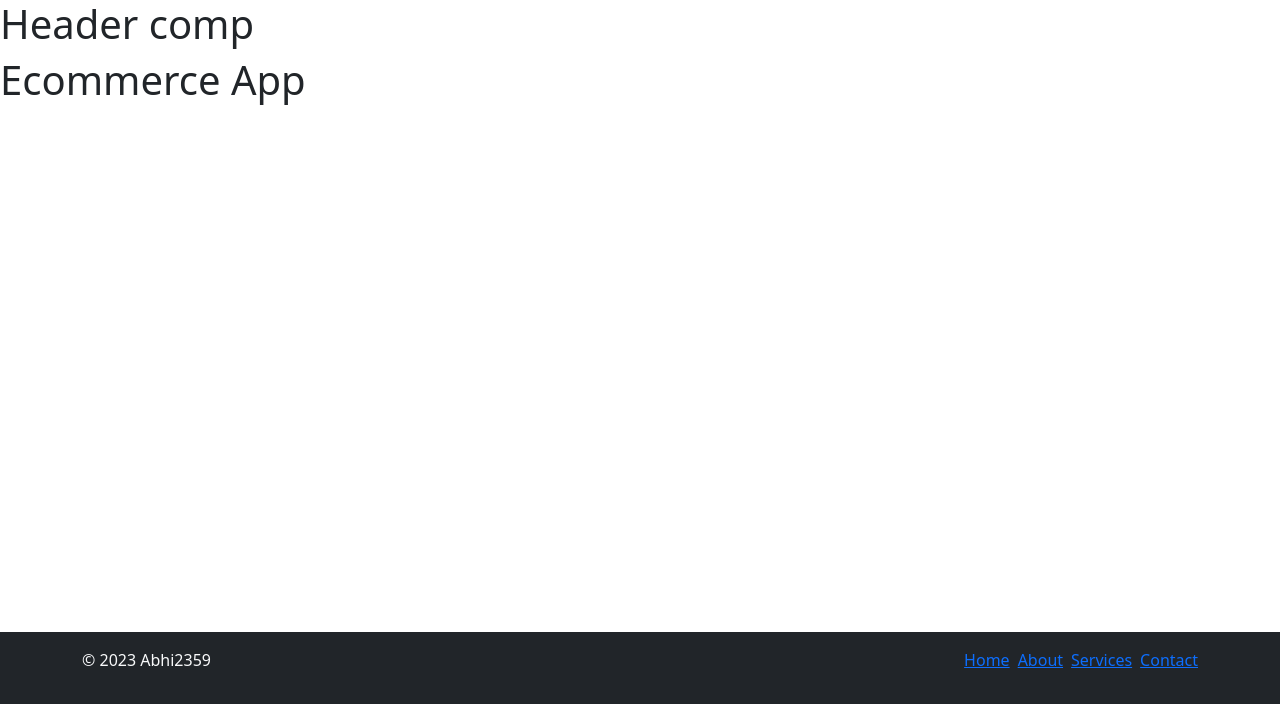
Repository: Abhi2359/SaleXpress
Page: / (app in client/)
These files come from the project's save history. The page is drawn as it stood at one moment and after the next save; the edit follows.
The browser window is 1280 px wide. The pictures show the whole page.
The project was rebuilt for these pictures with package versions that can differ from the ones it lists, and the page was loaded fresh each time. Also part of the build but not shown: client/vite.config.js, client/src/App.css.

Above is the page before, as saved 2023-05-08 18:26:37.

### client/index.html
<!DOCTYPE html>
<html lang="en">
  <head>
    <meta charset="UTF-8" />
    <link href="https://cdn.jsdelivr.net/npm/bootstrap@5.3.0-alpha3/dist/css/bootstrap.min.css" rel="stylesheet" integrity="sha384-KK94CHFLLe+nY2dmCWGMq91rCGa5gtU4mk92HdvYe+M/SXH301p5ILy+dN9+nJOZ" crossorigin="anonymous">
    <meta name="viewport" content="width=device-width, initial-scale=1.0" />
    <title>SaleXpress</title>
  </head>
  <body>
    <div id="root"></div>
    <script src="https://cdn.jsdelivr.net/npm/bootstrap@5.3.0-alpha3/dist/js/bootstrap.bundle.min.js" integrity="sha384-ENjdO4Dr2bkBIFxQpeoTz1HIcje39Wm4jDKdf19U8gI4ddQ3GYNS7NTKfAdVQSZe" crossorigin="anonymous"></script>
    <script type="module" src="/src/main.jsx"></script>
  </body>
</html>

### client/src/App.jsx
import { useState } from 'react'


import './App.css'
import Layout from './components/Layout/Layout'
function App() {

  return (
    <>
    <Layout>

     <h1>Ecommerce App</h1>
    </Layout>
    </>
  )
}

export default App

### client/src/index.css

@import url('https://fonts.googleapis.com/css2?family=Heebo:wght@600&family=Kumbh+Sans:wght@800&family=Playfair+Display:wght@700&family=Poppins:ital,wght@0,300;0,400;0,500;1,300;1,600&display=swap');


*{
    margin: 0;
    padding: 0;
    box-sizing: border-box;
}

/* font-family: 'Poppins', sans-serif; */
/* font-family: 'Playfair Display', serif; */

### client/src/components/Layout/Layout.jsx
import React from 'react'
import Header from './Header'
import Footer from './Footer'

const Layout = ({children}) => {
  return (
    <div>
        <Header/>
        <main style={{minHeight:"80vh"}}>

        {children}
        </main>
        <Footer/>
    </div>
  )
}

export default Layout

### client/src/components/Layout/Header.jsx
import React from 'react'

const Header = () => {
  return (
    <div>
        <h1>Header comp</h1>
    </div>
  )
}

export default Header

### client/src/components/Layout/Footer.jsx
import React from 'react';

const Footer = () => {
  const currentYear = new Date().getFullYear();

  return (
    <footer className="bg-dark text-light py-3">
      <div className="container">
        <div className="row">
          <div className="col-lg-6">
            <p className="m-0">&copy; {currentYear} Abhi2359</p>
          </div>
          <div className="col-lg-6">
            <ul className="list-inline text-lg-end">
              <li className="list-inline-item"><a href="/">Home</a></li>
              <li className="list-inline-item"><a href="/about">About</a></li>
              <li className="list-inline-item"><a href="/services">Services</a></li>
              <li className="list-inline-item"><a href="/contact">Contact</a></li>
            </ul>
          </div>
        </div>
      </div>
    </footer>
  );
};

export default Footer;

Loaded but not shown: client/src/main.jsx (common file)

After the next save:
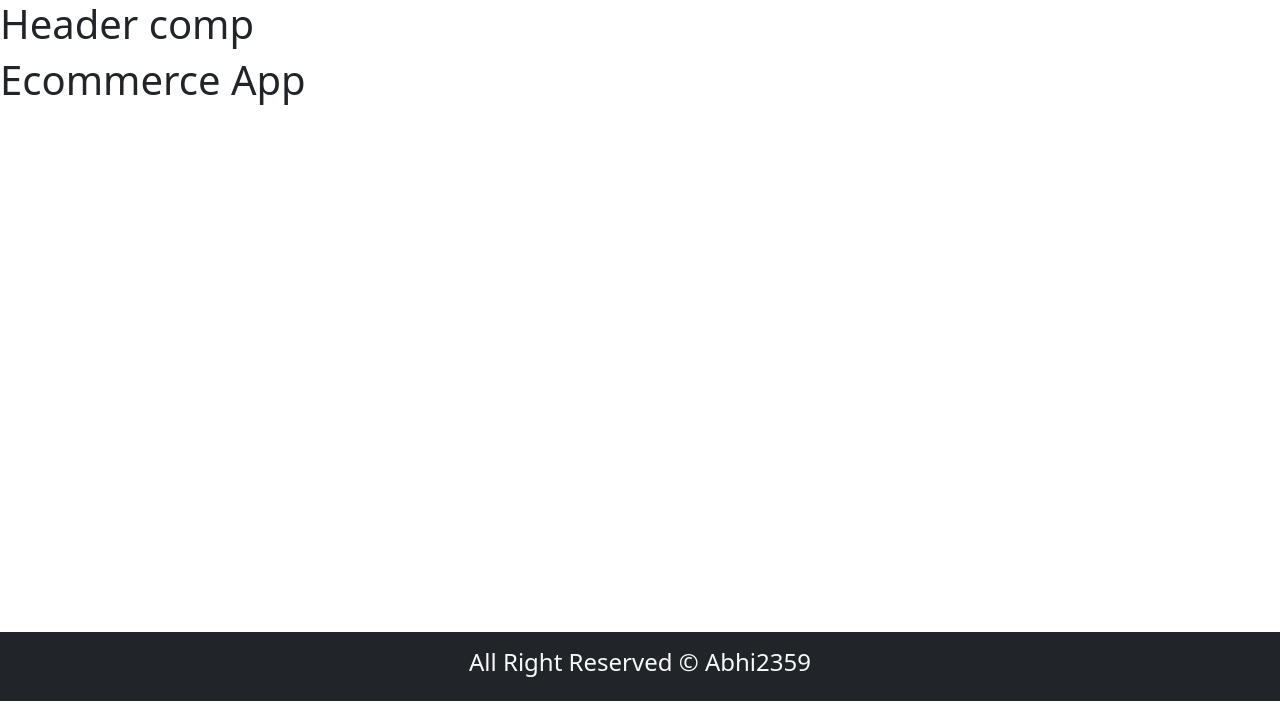
Saved 69 s later.
--- a/client/src/components/Layout/Footer.jsx
+++ b/client/src/components/Layout/Footer.jsx
@@ -1,27 +1,11 @@
-import React from 'react';
+import React from 'react'
 
 const Footer = () => {
-  const currentYear = new Date().getFullYear();
+  return (
+    <div className='bg-dark text-light p-3'>
+        <h4 className='text-center'> All Right Reserved &copy; Abhi2359</h4>
+    </div>
+  )
+}
 
-  return (
-    <footer className="bg-dark text-light py-3">
-      <div className="container">
-        <div className="row">
-          <div className="col-lg-6">
-            <p className="m-0">&copy; {currentYear} Abhi2359</p>
-          </div>
-          <div className="col-lg-6">
-            <ul className="list-inline text-lg-end">
-              <li className="list-inline-item"><a href="/">Home</a></li>
-              <li className="list-inline-item"><a href="/about">About</a></li>
-              <li className="list-inline-item"><a href="/services">Services</a></li>
-              <li className="list-inline-item"><a href="/contact">Contact</a></li>
-            </ul>
-          </div>
-        </div>
-      </div>
-    </footer>
-  );
-};
-
-export default Footer;
+export default Footer
